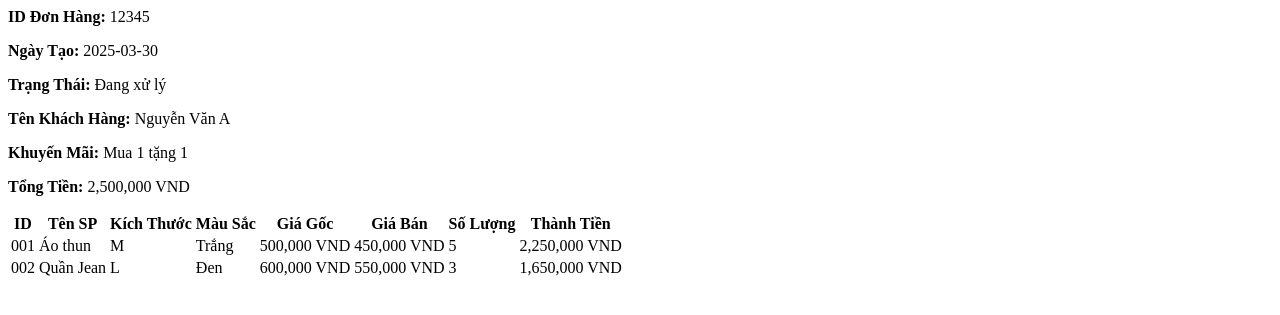
Repository: HoangPhiCodeGa/Web-Ecommerce-FE
Page: admin/fragments/orderDetailModal.html
These files come from the project's save history. The page is drawn as it stood at one moment and after a run of saves; the edit follows.
The browser window is 1280 px wide. The pictures show the whole page.

Above is the page before, as saved 2025-04-02 17:30:49.

### admin/fragments/orderDetailModal.html
<div class="order-details">
  <div class="container">
    <div class="row g-3">
      <!-- Cột 1 -->
      <div class="col-md-6">
        <p><strong>ID Đơn Hàng:</strong> <span id="order-id">12345</span></p>
        <p><strong>Ngày Tạo:</strong> <span id="order-date">2025-03-30</span></p>
        <p><strong>Trạng Thái:</strong> <span id="order-status">Đang xử lý</span></p>
      </div>
      <!-- Cột 2 -->
      <div class="col-md-6">
        <p><strong>Tên Khách Hàng:</strong> <span id="customer-name">Nguyễn Văn A</span></p>
        <p>
          <strong>Khuyến Mãi:</strong>
          <span id="promo-name">Mua 1 tặng 1</span>
          <span id="promo-none" style="display:none;">Không</span>
        </p>
        <p><strong>Tổng Tiền:</strong> <span id="total">2,500,000 VND</span></p>
      </div>
    </div>
  </div>
</div>

<table class="table table-bordered">
  <thead>
    <tr>
      <th>ID</th>
      <th>Tên SP</th>
      <th>Kích Thước</th>
      <th>Màu Sắc</th>
      <th>Giá Gốc</th>
      <th>Giá Bán</th>
      <th>Số Lượng</th>
      <th>Thành Tiền</th>
    </tr>
  </thead>
  <tbody>
    <tr>
      <td id="product-id">001</td>
      <td id="product-name">Áo thun</td>
      <td id="product-size">M</td>
      <td id="product-color">Trắng</td>
      <td id="product-price-origin" class="text-right">500,000 VND</td>
      <td id="product-price-sell" class="text-right">450,000 VND</td>
      <td id="product-quantity" class="text-right">5</td>
      <td id="product-total" class="text-right">2,250,000 VND</td>
    </tr>
    <tr>
      <td id="product-id">002</td>
      <td id="product-name">Quần Jean</td>
      <td id="product-size">L</td>
      <td id="product-color">Đen</td>
      <td id="product-price-origin" class="text-right">600,000 VND</td>
      <td id="product-price-sell" class="text-right">550,000 VND</td>
      <td id="product-quantity" class="text-right">3</td>
      <td id="product-total" class="text-right">1,650,000 VND</td>
    </tr>
  </tbody>
</table>

After the next 2 saves:
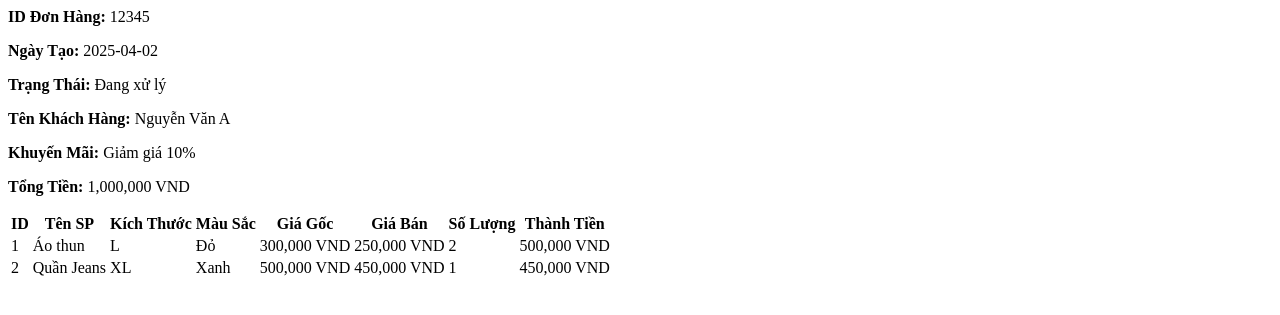
The 2 saves are shown as one change because they came seconds apart.
The last was saved 73 s later.
--- a/admin/fragments/orderDetailModal.html
+++ b/admin/fragments/orderDetailModal.html
@@ -1,59 +1,74 @@
 <div class="order-details">
-  <div class="container">
-    <div class="row g-3">
-      <!-- Cột 1 -->
-      <div class="col-md-6">
-        <p><strong>ID Đơn Hàng:</strong> <span id="order-id">12345</span></p>
-        <p><strong>Ngày Tạo:</strong> <span id="order-date">2025-03-30</span></p>
-        <p><strong>Trạng Thái:</strong> <span id="order-status">Đang xử lý</span></p>
-      </div>
-      <!-- Cột 2 -->
-      <div class="col-md-6">
-        <p><strong>Tên Khách Hàng:</strong> <span id="customer-name">Nguyễn Văn A</span></p>
-        <p>
-          <strong>Khuyến Mãi:</strong>
-          <span id="promo-name">Mua 1 tặng 1</span>
-          <span id="promo-none" style="display:none;">Không</span>
-        </p>
-        <p><strong>Tổng Tiền:</strong> <span id="total">2,500,000 VND</span></p>
-      </div>
+    <div class="container">
+        <div class="row g-3">
+            <!-- Cột 1 -->
+            <div class="col-md-6">
+                <p>
+                    <strong>ID Đơn Hàng:</strong>
+                    <span id="order-id">12345</span>
+                </p>
+                <p>
+                    <strong>Ngày Tạo:</strong>
+                    <span id="order-date">2025-04-02</span>
+                </p>
+                <p>
+                    <strong>Trạng Thái:</strong>
+                    <span id="order-status">Đang xử lý</span>
+                </p>
+            </div>
+            <!-- Cột 2 -->
+            <div class="col-md-6">
+                <p>
+                    <strong>Tên Khách Hàng:</strong>
+                    <span id="customer-name">Nguyễn Văn A</span>
+                </p>
+                <p>
+                    <strong>Khuyến Mãi:</strong>
+                    <span>Giảm giá 10%</span>
+                    <!-- Nếu có khuyến mãi -->
+                    <!-- <span>Không</span> Nếu không có khuyến mãi -->
+                </p>
+                <p>
+                    <strong>Tổng Tiền:</strong>
+                    <span id="total">1,000,000 VND</span>
+                </p>
+            </div>
+        </div>
     </div>
-  </div>
 </div>
-
 <table class="table table-bordered">
-  <thead>
-    <tr>
-      <th>ID</th>
-      <th>Tên SP</th>
-      <th>Kích Thước</th>
-      <th>Màu Sắc</th>
-      <th>Giá Gốc</th>
-      <th>Giá Bán</th>
-      <th>Số Lượng</th>
-      <th>Thành Tiền</th>
-    </tr>
-  </thead>
-  <tbody>
-    <tr>
-      <td id="product-id">001</td>
-      <td id="product-name">Áo thun</td>
-      <td id="product-size">M</td>
-      <td id="product-color">Trắng</td>
-      <td id="product-price-origin" class="text-right">500,000 VND</td>
-      <td id="product-price-sell" class="text-right">450,000 VND</td>
-      <td id="product-quantity" class="text-right">5</td>
-      <td id="product-total" class="text-right">2,250,000 VND</td>
-    </tr>
-    <tr>
-      <td id="product-id">002</td>
-      <td id="product-name">Quần Jean</td>
-      <td id="product-size">L</td>
-      <td id="product-color">Đen</td>
-      <td id="product-price-origin" class="text-right">600,000 VND</td>
-      <td id="product-price-sell" class="text-right">550,000 VND</td>
-      <td id="product-quantity" class="text-right">3</td>
-      <td id="product-total" class="text-right">1,650,000 VND</td>
-    </tr>
-  </tbody>
+    <thead>
+        <tr>
+            <th>ID</th>
+            <th>Tên SP</th>
+            <th>Kích Thước</th>
+            <th>Màu Sắc</th>
+            <th>Giá Gốc</th>
+            <th>Giá Bán</th>
+            <th>Số Lượng</th>
+            <th>Thành Tiền</th>
+        </tr>
+    </thead>
+    <tbody>
+        <tr class="odd">
+            <td>1</td>
+            <td>Áo thun</td>
+            <td>L</td>
+            <td>Đỏ</td>
+            <td class="text-right">300,000 VND</td>
+            <td class="text-right">250,000 VND</td>
+            <td class="text-right">2</td>
+            <td class="text-right">500,000 VND</td>
+        </tr>
+        <tr class="odd">
+            <td>2</td>
+            <td>Quần Jeans</td>
+            <td>XL</td>
+            <td>Xanh</td>
+            <td class="text-right">500,000 VND</td>
+            <td class="text-right">450,000 VND</td>
+            <td class="text-right">1</td>
+            <td class="text-right">450,000 VND</td>
+        </tr>
+    </tbody>
 </table>
